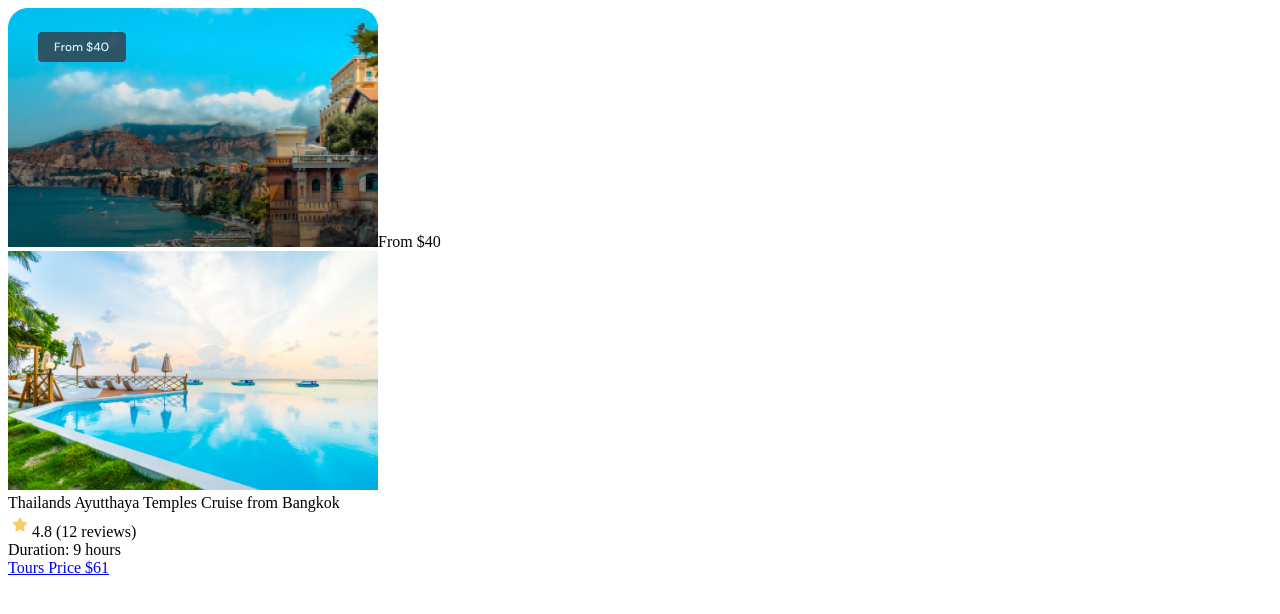
Repository: nguyentuankiet-k61/K_IT-demo
Page: index.html
The author's editor kept a copy of each file at every save. The page is drawn from the files as they stood at one save, then again after the next save.
The browser window is 1280 px wide. The pictures show the whole page.

Above is the page before, as saved 2022-09-23 17:43:36.

### index.html
<!DOCTYPE html>
<html lang="en">
<head>
    <meta charset="UTF-8">
    <meta http-equiv="X-UA-Compatible" content="IE=edge">
    <meta name="viewport" content="width=device-width, initial-scale=1.0">
    <title>HTML CSS Master</title>
    <link rel="stylesheet" href="./CSS/app.css">
</head>
<body>
 <div class="">
    <div class="Tours">
        <div class="Tours_top">
            <img src="./image/img1.png" alt="this_is_image"/>From $40
        </div>
            <img src="./image/img2.png" alt="this_is_image"From $70>
        <div class="Tours_content">

            <div class="Tours_title">Thailands Ayutthaya Temples
                Cruise from Bangkok</div>

            <div class="Tours_ratting">
                <div class="Tours_review">
                    <div class="Tours_review_count">
                        <img src="./image/img-star.png" alt="tours-ratting"/>4.8 (12 reviews)
                    </div>
                    <div class="Tours_Duration">Duration: 9 hours</div>
                </div>
            </div>
            <a href="https://www.facebook.com/kutooo" target="noopener noreferrer" class="Tours-botton">Tours Price $61</a>
        </div>
    </div>
 </div>
</body>
</html>

Loaded but not shown: CSS/app.css (no stored copy; drawn as an empty file)

After the next save:
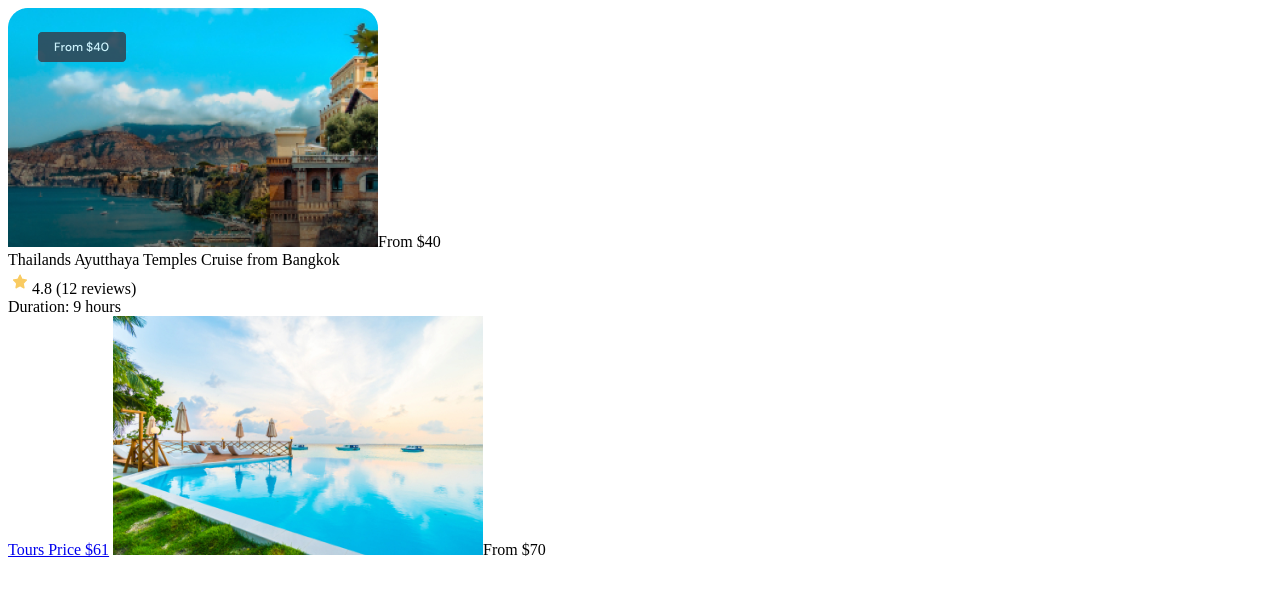
Saved 73 s later.
--- a/index.html
+++ b/index.html
@@ -13,7 +13,6 @@
         <div class="Tours_top">
             <img src="./image/img1.png" alt="this_is_image"/>From $40
         </div>
-            <img src="./image/img2.png" alt="this_is_image"From $70>
         <div class="Tours_content">
 
             <div class="Tours_title">Thailands Ayutthaya Temples
@@ -28,6 +27,7 @@
                 </div>
             </div>
             <a href="https://www.facebook.com/kutooo" target="noopener noreferrer" class="Tours-botton">Tours Price $61</a>
+            <img src="./image/img2.png" alt="this_is_image"/>From $70
         </div>
     </div>
  </div>
